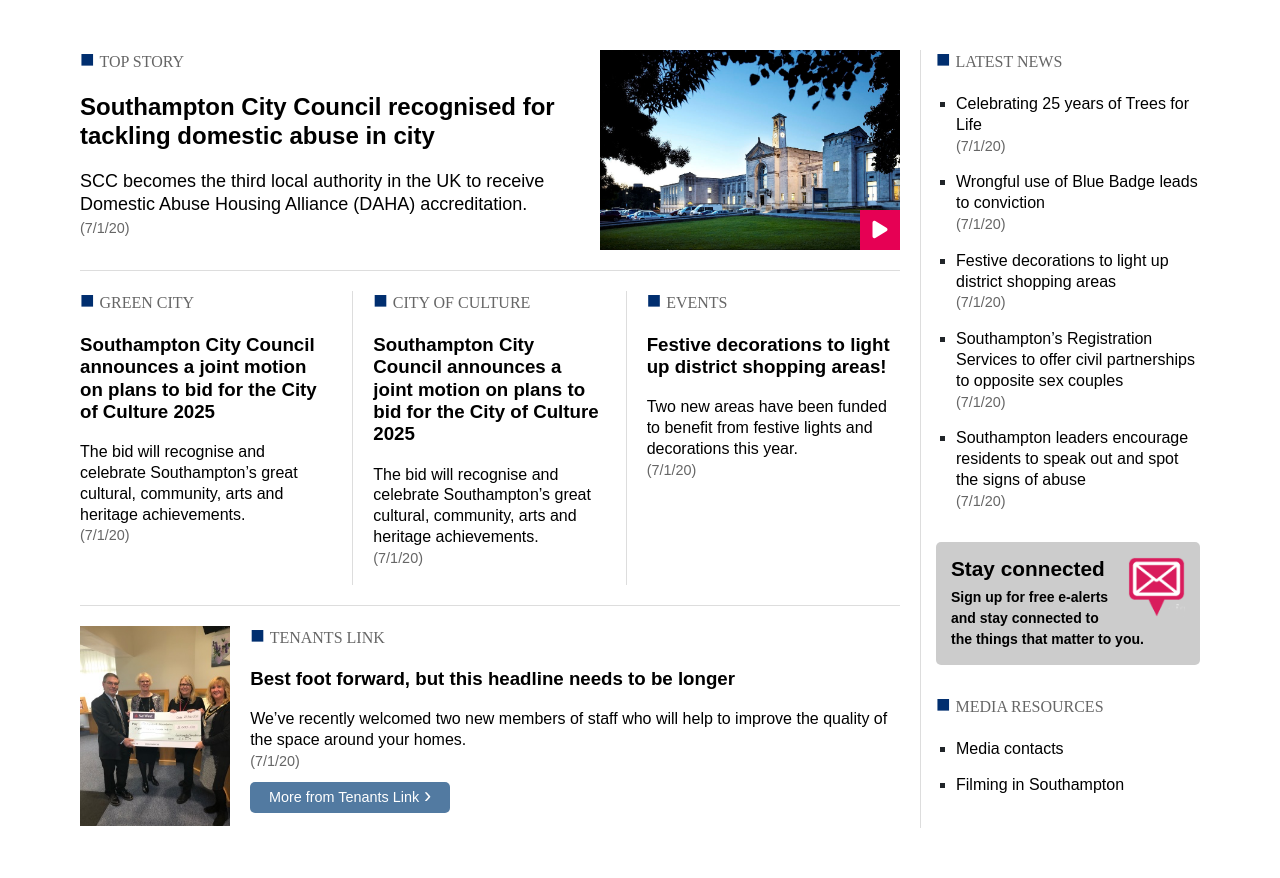
Repository: Domehead123/newspage
Page: index8.html
The author's editor kept a record of every edit. The page is drawn from the files as they stood at one moment, then again after the next edit.
The browser window is 1280 px wide. The pictures show the whole page.
Some web libraries are served in a nearby version.

Above is the page before.

### index8.html
<!DOCTYPE html>
<html lang="en">

<head>
    <meta charset="UTF-8">
    <meta name="viewport" content="width=device-width, initial-scale=1.0">
    <meta http-equiv="X-UA-Compatible" content="ie=edge">
    <script src="https://kit.fontawesome.com/aae406265c.js" crossorigin="anonymous"></script>
    <link rel="stylesheet" href="https://stackpath.bootstrapcdn.com/bootstrap/4.5.2/css/bootstrap.min.css" type="text/css" />
    <link rel="stylesheet" href="https://cdnjs.cloudflare.com/ajax/libs/font-awesome/4.7.0/css/font-awesome.min.css">
    <link rel="stylesheet" href="news4.css" type="text/css" />
    <title>Document</title>
</head>

<body>
    <div class="container news-page">
        <div class="row">
            <div class="col-md-9 col-sm-12 news-main">
                <div class="row">
                    <div class="top-story"> <a href="#"><span class="large-image-wrapper"><img class="top-large-pic" src="images/civic-centre-2.jpg"><span class="play"><i class="fas fa-play"></i></span></span></a>
                        <div class="subject-header">TOP STORY</div>
                        <h2><a href="#">
Southampton City Council recognised for tackling domestic abuse in city</a></h2>
                        <p><a href="#"><span class="small-image-wrapper"><img class="top-small-pic" src="images/civic-centre-2.jpg"><span class="play"><i class="fas fa-play"></i></span></span>SCC becomes the third local authority in the UK to receive Domestic Abuse Housing Alliance (DAHA) accreditation. <span class="date">(7/1/20)</a></p>
                    </div>
                </div>

                <div class="row middle-row">
                    <div class="col-md-4 col-sm-12 topic">
                        <div class="subject-header ">GREEN CITY</div>
                        <h3><a href="#">
Southampton City Council announces a joint motion on plans to bid for the City of Culture 2025
 </a></h3>
                        <p><a href="#">The bid will recognise and celebrate Southampton’s great cultural, community, arts and heritage achievements.<span class="date">(7/1/20)</span></a></p>
                    </div>
                    <div class="col-md-4 col-sm-12 topic">
                        <div class="subject-header">CITY OF CULTURE</div>

                        <h3><a href="#">Southampton City Council announces a joint motion on plans to bid for the City of Culture 2025</a></h3>
                        <p><a href="#">The bid will recognise and celebrate Southampton’s great cultural, community, arts and heritage achievements. <span class="date">(7/1/20)</span></a></p>
                    </div>
                    <div class="col-md-4 col-sm-12 topic">
                        <div class="subject-header ">EVENTS</div>
                        <h3><a href="#">
Festive decorations to light up district shopping areas!
 </a></h3>
                        <p><a href="#">Two new areas have been funded to benefit from festive lights and decorations this year. <span class="date">(7/1/20)</span></a></p>
                    </div>
                </div>
                <div class="row">
                    <div class="bottom-story">
                        <a href="#"><img class="bottom-large-pic" src="images/lipstick.jpg"></a>
                        <div class="subject-header ">TENANTS LINK</div>
                        <h3><a href="#">Best foot forward, but this headline needs to be longer</a></h3>
                        <p><a href="#"><img class="bottom-small-pic" src="images/lipstick.jpg">We’ve recently welcomed two new members of staff who will help to improve the quality of the space around your homes. <span class="date">(7/1/20)</span></a>
                            <span class="more"><a href="#">More from Tenants Link</a></span>
                        </p>
                    </div>
                </div>
            </div>
            <div class="col-md-3 col-sm-12 side-panel">
                <div class="subject-header">LATEST NEWS</div>
                <ul>
                    <li><a href="#">Celebrating 25 years of Trees for Life <span class="date">(7/1/20)</span></a></li>
                    <li><a href="#">Wrongful use of Blue Badge leads to conviction <span class="date">(7/1/20)</span></a></li>
                    <li><a href="#">Festive decorations to light up district shopping areas <span class="date">(7/1/20)</span></a></li>
                    <li><a href="#">Southampton’s Registration Services to offer civil partnerships to opposite sex couples<span class="date">(7/1/20)</span></a></li>
                    <li><a href="#">Southampton leaders encourage residents to speak out and spot the signs of abuse<span class="date">(7/1/20)</span></a></li>
                </ul>
                <div class="connected">
                    <a href="#"><img src="images/connected.png"></a>
                    <h2><a href="#">Stay connected</a></h2>

                    <p><a href="#">Sign up for free e-alerts and stay connected to the things that matter to you.</a></p>
                </div>
                <div class="subject-header">MEDIA RESOURCES</div>
                <ul>
                    <li><a href="#">Media contacts</a></li>
                    <li><a href="#">Filming in Southampton</a></li>
                </ul>

            </div>
        </div>
    </div>
</body>

</html>

### news4.css
body {
    margin: 50px auto;
    max-width: 90%;
}

h2 {
    font-size: 24px;
    font-family: "franklin-gothic-urw", sans-serif;
    font-weight: 700;
    margin: 19.2px 0;
}

h3 {
    font-size: 18.7px;
    font-family: "franklin-gothic-urw", sans-serif;
    font-weight: 700;
    margin: 18.7px 0;
}

.news-page {
    font-size: 20px;
    font-family: "franklin-gothic-urw", sans-serif;
    padding: 0 25px;
}

.news-page a {
    color: #000;
    text-decoration: none;
    transition: 0.4s all;
}

/* Subject headers and date */

.subject-header {
    color: #666;
    font-family: "Times New Roman", Times, serif;
    font-size: 16px;
}

.subject-header:before {
    content: "\25A0";
    line-height: 0;
    font-size: 1.5em;
    color: #002e6f;
    margin-right: 5px;
}

.date {
    color: #666;
    font-size: 14.4px;
    display: block;
}


/* Top story and video icon */

.top-story {
    border-bottom: 1px solid #ddd;
}

.top-story p {
    font-size: 18px;
    line-height: 130%;
}

.large-image-wrapper {
    position: relative;
    float: right;
    display: none;
    margin-bottom: 20px;
}

.small-image-wrapper {
    position: relative;
    float: right;
    display: block;
    margin-bottom: 20px;
}

.top-large-pic {
    margin: 0 0 0 20px;
    height: 200px;
    float: right;
}

.top-small-pic {
    display: block;
    float: right;
    margin: 0 0 0 20px;
    height: 100px;
    position: relative;
}

.play {
    display: block;
    background: #e60054;
    position: absolute;
    right: 0;
    bottom: 0;
    float: right;
    color: #fff;
    text-align: center;
}

.large-image-wrapper .play {
    width: 40px;
    height: 40px;
    line-height: 40px;
}

.small-image-wrapper .play {
    width: 30px;
    height: 30px;
    line-height: 30px;
    font-size: 0.7em;
}

/* Middle row */

.middle-row {
    border-bottom: 1px solid #ddd;
    padding: 20px 0 0;
}

.topic:first-of-type {
    border-bottom: 1px solid #ddd;
    padding: 0;
}

.topic:nth-child(2) {

    border-bottom: 1px solid #ddd;
    padding: 20px 0 0 0;
}

.topic:nth-child(3) {
    padding: 20px 0 0 0;
}

.topic p,
.bottom-story p {
    font-size: 16px;
    line-height: 130%;
}

/* Bottom row */

.bottom-story {
    padding: 20px 0 0 0;
    border-bottom: 1px solid #ddd;
}

.bottom-large-pic {
    height: 200px;
    margin-right: 20px;
    float: left;
    display: none;
}

.bottom-small-pic {
    float: right;
    margin-left: 20px;
    height: 100px;
}


/* Side panel */
.side-panel {
    padding: 20px 0 0 0;

}

.side-panel ul,
.media ul {
    padding: 0 0 0 20px;
    margin-top: 20px;
}

.side-panel ul li,
.media ul li {
    margin: 0 0 1em 0;
    font-size: 16px;
    list-style-type: square;
    line-height: 130%;
}

.connected {
    background: #ccc;
    padding: 15px;
    border-radius: 5px;
    margin: 30px 0;
    width: 100%;
    box-sizing: border-box;
}

.connected img {
    float: right;
    height: 60px;
    margin-left: 10px;
}

.connected h2 {
    font-size: 20.8px;
    margin: 0 0 5px 0;
}

.connected p {
    font-size: 14px;
    font-weight: bold;
    margin: 0;
}

.connected::after {
    content: "";
    clear: both;
    display: table;
}

.more {
    display: block;
    margin: 10px 0 15px 0;
    font-size: 0.9em;
    background: rgb(82, 122, 161);
    width: 200px;
    padding: 5px;
    text-align: center;
    border-radius: 5px;
    float: left;
}

.more:hover {
    background: #397070;
}

.more a {
    color: #fff;
}

.more::after {
    content: "\203A";
    color: #fff;
    font-size: 1.5em;
    line-height: 0;
    margin-left: 5px;
    position: relative;
    top: 1px;
}



@media (min-width: 800px) {

    .large-image-wrapper {
        display: block;
    }

    .small-image-wrapper {
        display: none;
    }

}


@media (min-width: 768px) {

    .news-main {
        padding-right: 35px;
    }

    .bottom-large-pic {
        display: block;
    }

    .bottom-small-pic {
        display: none;
    }

    .middle-row {
        padding: 20px 0;
    }

    .topic:first-of-type {
        border-right: 1px solid #ddd;
        border-bottom: none;
        padding: 0 20px 0 0;
    }

    .topic:nth-child(2) {
        border-right: 1px solid #ddd;
        border-bottom: none;
        padding: 0 20px;

    }

    .topic:nth-child(3) {
        padding: 0 0 0 20px;
    }

    .bottom-story {
        border-bottom: none;
    }

    .side-panel {
        border-left: 1px solid #ddd;
        padding: 0 0 0 15px;
    }



    .connected img {
        width: 100%;
        height: auto;
        margin: 0;
    }



}

@media (min-width: 1000px) {

    .connected img {
        float: right;
        height: 60px;
        width: auto;
        margin-left: 10px;
    }

}

After the next edit:
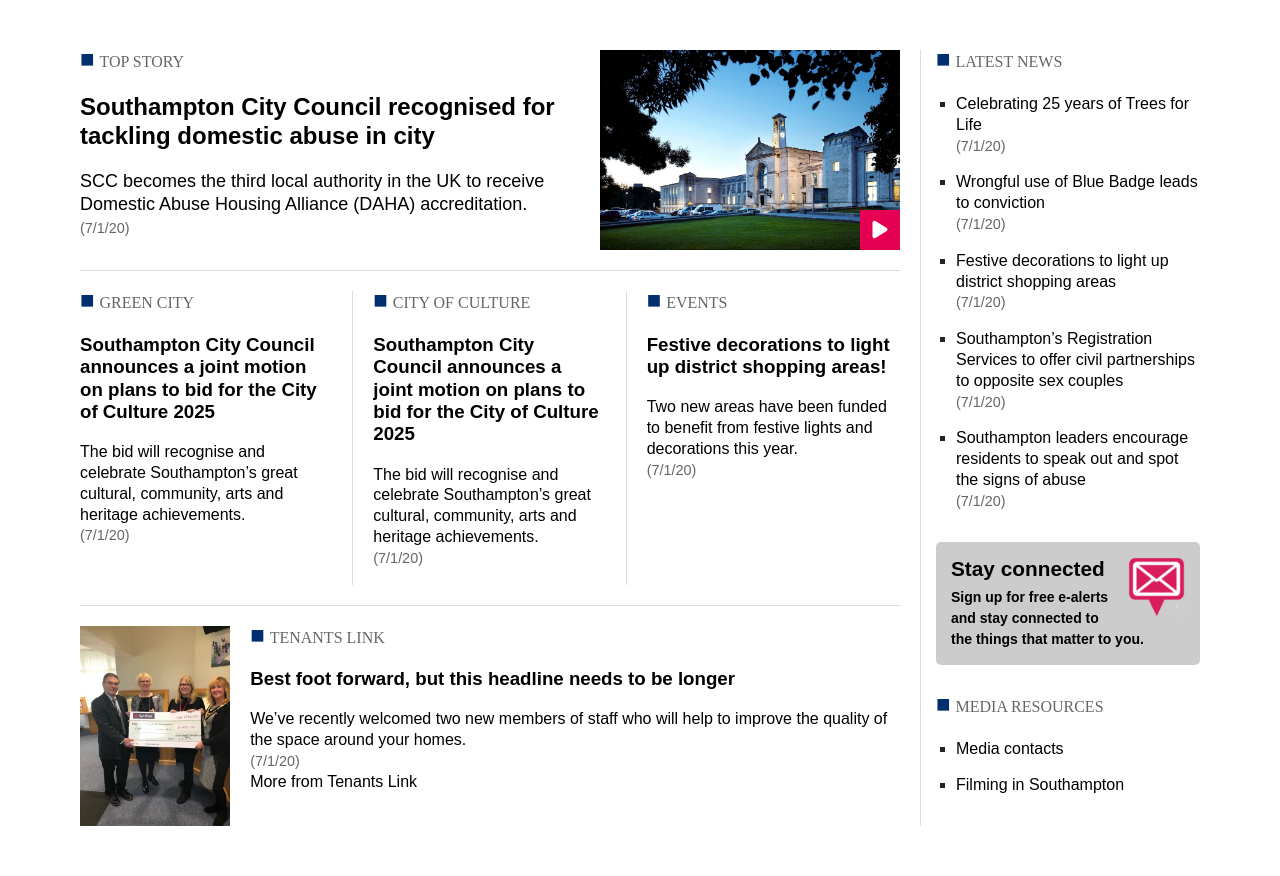
The edit:
--- a/news4.css
+++ b/news4.css
@@ -216,35 +216,6 @@
     display: table;
 }
 
-.more {
-    display: block;
-    margin: 10px 0 15px 0;
-    font-size: 0.9em;
-    background: rgb(82, 122, 161);
-    width: 200px;
-    padding: 5px;
-    text-align: center;
-    border-radius: 5px;
-    float: left;
-}
-
-.more:hover {
-    background: #397070;
-}
-
-.more a {
-    color: #fff;
-}
-
-.more::after {
-    content: "\203A";
-    color: #fff;
-    font-size: 1.5em;
-    line-height: 0;
-    margin-left: 5px;
-    position: relative;
-    top: 1px;
-}
 
 
 

After the edit that followed:
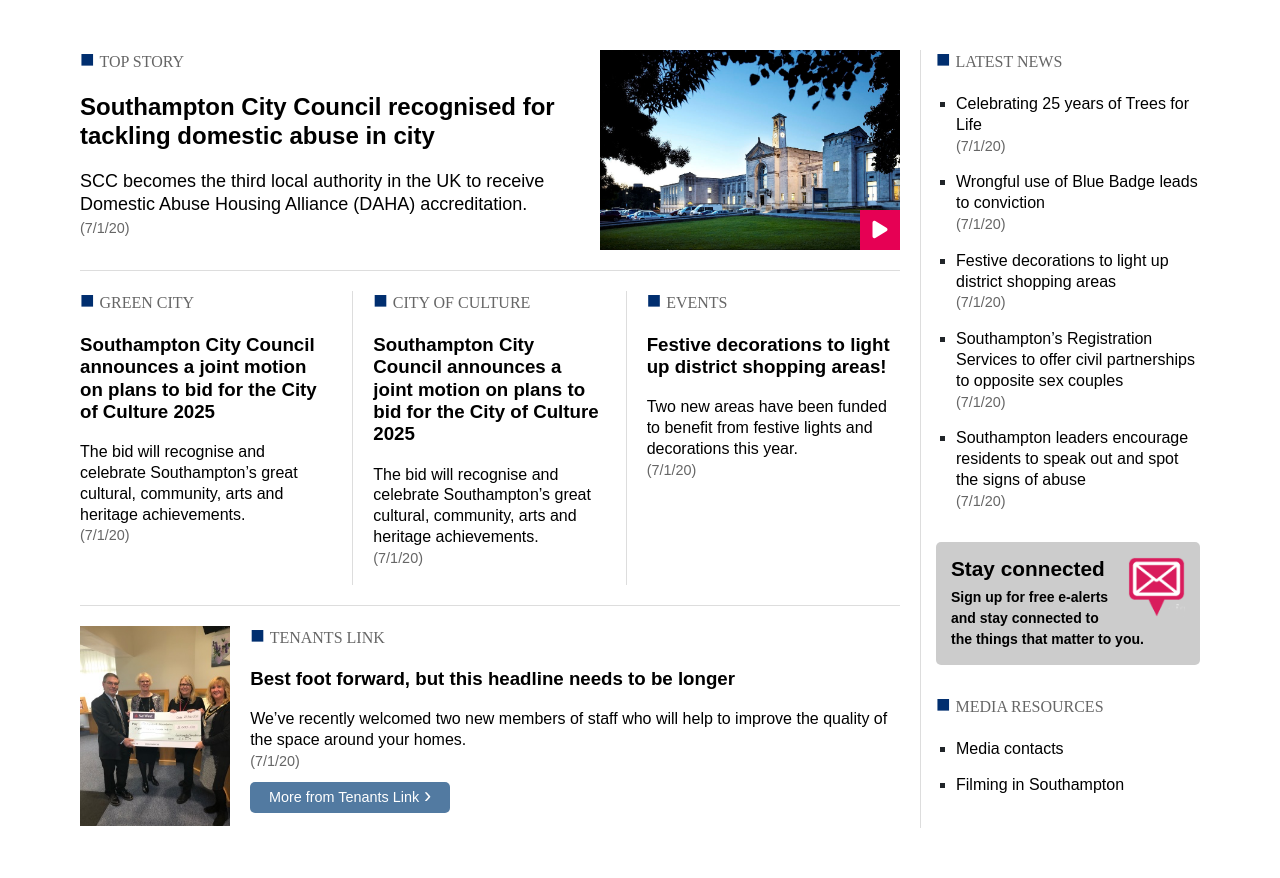
The edit:
--- a/news4.css
+++ b/news4.css
@@ -161,6 +161,36 @@
     float: right;
     margin-left: 20px;
     height: 100px;
+}
+
+.more {
+    display: block;
+    margin: 10px 0 15px 0;
+    font-size: 0.9em;
+    background: rgb(82, 122, 161);
+    width: 200px;
+    padding: 5px;
+    text-align: center;
+    border-radius: 5px;
+    float: left;
+}
+
+.more:hover {
+    background: #397070;
+}
+
+.more a {
+    color: #fff;
+}
+
+.more::after {
+    content: "\203A";
+    color: #fff;
+    font-size: 1.5em;
+    line-height: 0;
+    margin-left: 5px;
+    position: relative;
+    top: 1px;
 }
 
 
